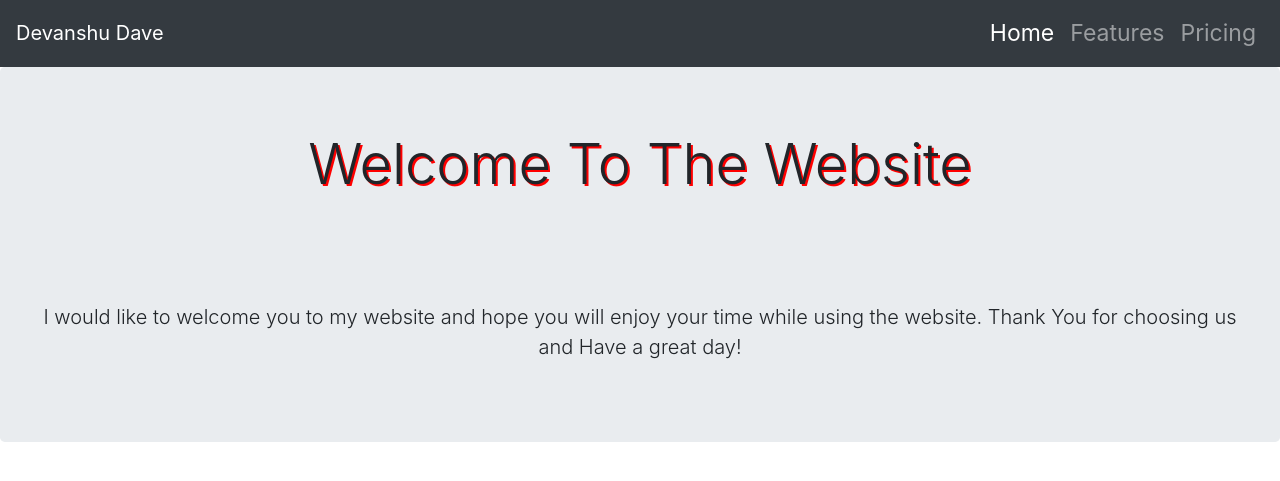
Repository: devanshudave1901/Mobile-Dev-Website
Page: index.html
An editor plug-in stored every save of this project. The page is shown before and after the next save, followed by the edit.
The browser window is 1280 px wide. The pictures show the whole page.
Some web libraries are served in a nearby version.

Above is the page before, as saved 2022-10-05 00:03:08.

### index.html
<!DOCTYPE html>
<html lang="en">
  <head>
    <meta charset="UTF-8" />
    <meta http-equiv="X-UA-Compatible" content="IE=edge" />
    <meta name="viewport" content="width=device-width, initial-scale=1.0" />
    <link
      rel="stylesheet"
      href="https://cdn.jsdelivr.net/npm/bootstrap@4.0.0/dist/css/bootstrap.min.css"
      integrity="sha384-Gn5384xqQ1aoWXA+058RXPxPg6fy4IWvTNh0E263XmFcJlSAwiGgFAW/dAiS6JXm"
      crossorigin="anonymous"
    />
    <style>
      .navbar-nav {
        margin-left: auto;
        font-size: 23px;
      }
      .welcomeHeading {
        text-shadow: 2px 2px red;
        text-align: center;
      }
      .welcomeText {
        text-align: center;
      }
    </style>
    <script
      src="https://code.jquery.com/jquery-3.2.1.slim.min.js"
      integrity="sha384-KJ3o2DKtIkvYIK3UENzmM7KCkRr/rE9/Qpg6aAZGJwFDMVNA/GpGFF93hXpG5KkN"
      crossorigin="anonymous"
    ></script>
    <script
      src="https://cdn.jsdelivr.net/npm/popper.js@1.12.9/dist/umd/popper.min.js"
      integrity="sha384-ApNbgh9B+Y1QKtv3Rn7W3mgPxhU9K/ScQsAP7hUibX39j7fakFPskvXusvfa0b4Q"
      crossorigin="anonymous"
    ></script>
    <script
      src="https://cdn.jsdelivr.net/npm/bootstrap@4.0.0/dist/js/bootstrap.min.js"
      integrity="sha384-JZR6Spejh4U02d8jOt6vLEHfe/JQGiRRSQQxSfFWpi1MquVdAyjUar5+76PVCmYl"
      crossorigin="anonymous"
    ></script>
    <title>Mobile Development - Lab 2</title>
  </head>
  <body>
    <nav class="navbar sticky-top navbar-expand-lg navbar-dark bg-dark">
      <a class="navbar-brand" href="#">Devanshu Dave</a>

      <div class="collapse navbar-collapse" id="navbarNavDropdown">
        <ul class="navbar-nav" mr-auto>
          <li class="nav-item active">
            <a class="nav-link" href="#"
              >Home <span class="sr-only">(current)</span></a
            >
          </li>
          <li class="nav-item">
            <a class="nav-link" href="#">Features</a>
          </li>
          <li class="nav-item">
            <a class="nav-link" href="#">Pricing</a>
          </li>
        </ul>
      </div>
    </nav>
    <div class="jumbotron">
      <h1 class="display-4 welcomeHeading">Welcome To The Website</h1>
      <br />
      <br />
      <br />
      <br />
      <p class="lead welcomeText">
        I would like to welcome you to my website and hope you will enjoy your
        time while using the website. Thank You for choosing us and Have a great
        day!
      </p>
    </div>
  </body>
</html>

After the next save:
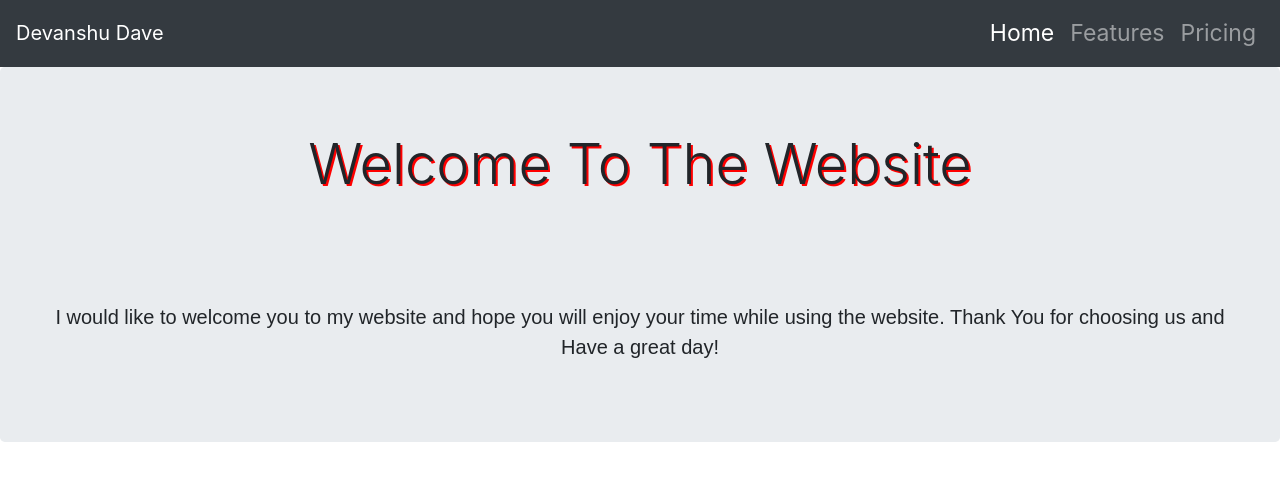
Saved 86 s later.
--- a/index.html
+++ b/index.html
@@ -21,6 +21,7 @@
       }
       .welcomeText {
         text-align: center;
+        font-family: "Sofia", sans-serif;
       }
     </style>
     <script
